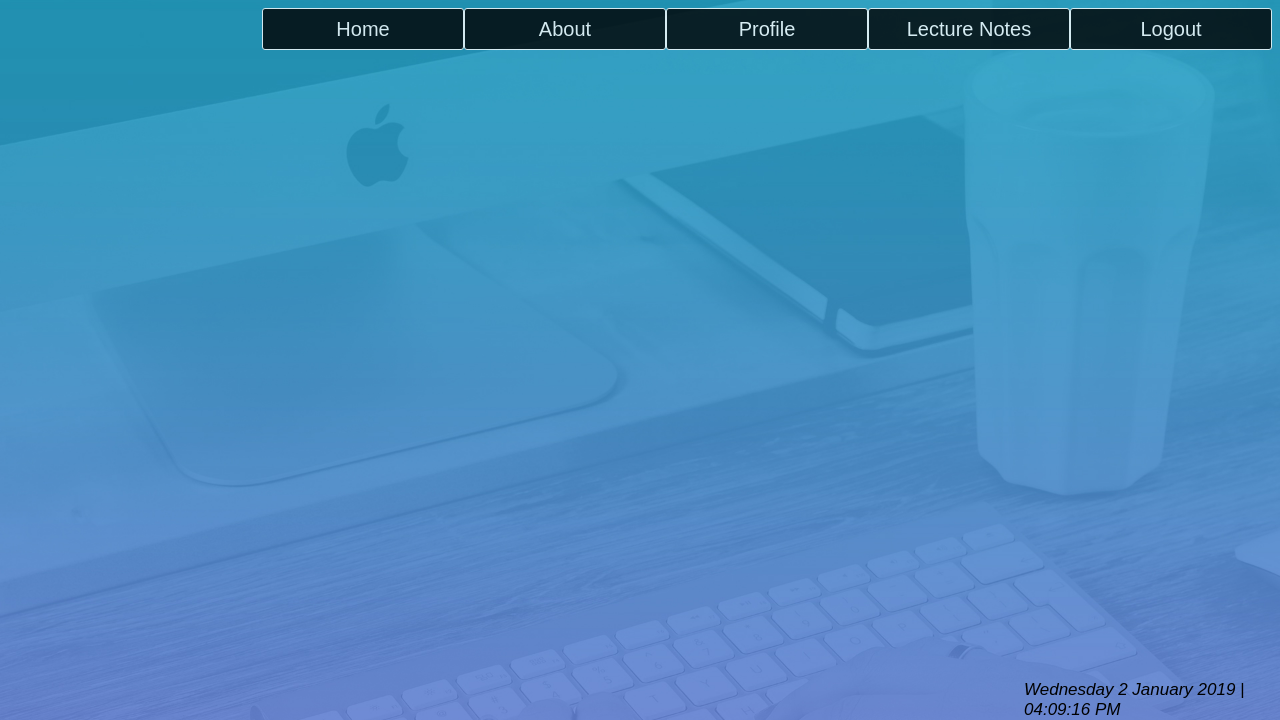
Repository: Rajendra1998/Virtual_classroom_mvc_project
Page: http://localhost/Virtual_classroom/Student_logged1.jsp
An editor plug-in stored every save of this project. The page is shown before and after the next save, followed by the edit.
The browser window is 1280 px wide. The pictures show the whole page.
The page is served by Tomcat 9.

Above is the page before, as saved 2019-01-04 20:26:18.

After the next save:
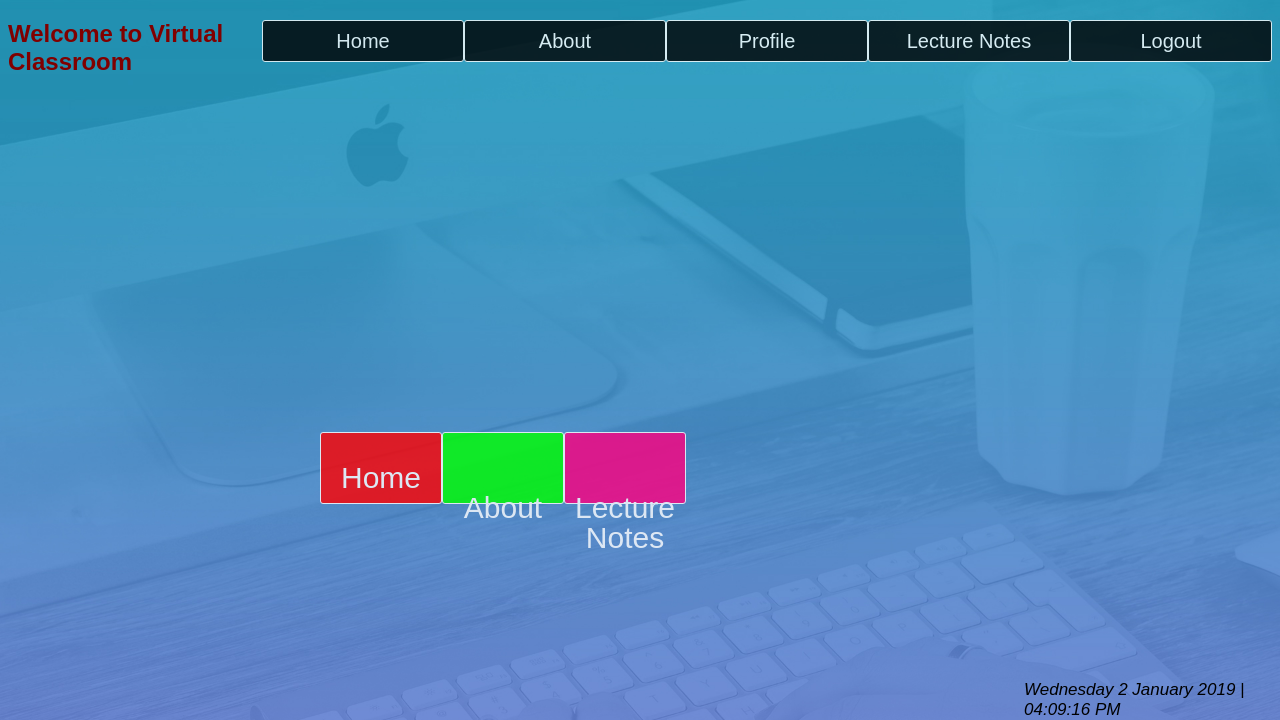
Saved 7 min 58 s later.
--- a/Virtual_classroom/WebContent/Student_logged1.jsp
+++ b/Virtual_classroom/WebContent/Student_logged1.jsp
@@ -20,6 +20,9 @@
 		position:absolute;
 		top:94.5%;
 		left:80%;
+	}
+	h2{
+		color:#800000;
 	}
 	.menu nav{
 		position:relative;
@@ -64,6 +67,45 @@
 		margin-left: 200px;
 		top:0px;
 	}
+	.menu1 nav{
+		position:absolute;
+		top:60%;
+		left:25%;
+
+	}
+	.menu1 nav ul{
+		margin: 0px;
+		padding: 0px;
+		list-style: none;
+	}
+	.menu1 nav ul li {
+		float:left;
+		width: 120px;
+		height: 70px;
+		border:1px  solid white;
+		opacity: .8;
+		line-height: 30px;
+		text-align: center;
+		font-size: 30px;
+		position:relative;
+		border-radius:3px;
+
+	}
+	.menu1 nav ul li.home{
+		background-color: red;
+	}
+	.menu1 nav ul li.about{
+		background-color: #00ff00;
+	}
+	.menu1 nav ul li.notes{
+		background-color:#ff0080;
+	}
+	.menu1 nav ul li a {
+		text-decoration: none;
+		color:white;
+		display:block;
+	}
+
 	</style>
 </head>
 <body>
@@ -112,7 +154,7 @@
 
 	</script>
 	<div class="menu">
-	<%Student currentUser=(Student)session.getAttribute("currentSessionUser");%>
+
 	<nav>
 	<ul>
 		<li><a href="Student_logged.jsp">Home</a></li>
@@ -127,5 +169,19 @@
 	</ul>
 	</nav>
 	</div>
+	<%Student currentUser=(Student)session.getAttribute("currentSessionUser");%>
+	<h2>Welcome to Virtual Classroom</h2>
+	<br>
+
+	<div class="menu1">
+		<nav>
+			<ul>
+				<li class="home"><a href="Student_logged.jsp"><i class="fa fa-home" aria-hidden="true"></i><br>Home</a></li>
+				<li class="about"><a href="#"><br><i class="fa fa-envelope-open-o" aria-hidden="true"></i></i><br>About</a></li>
+				<li class="notes"><a href="stud_view_fac"><br><i class="fa fa-book" aria-hidden="true"></i><br>Lecture Notes</a></li>
+			</ul>
+		</nav>
+	</div>
+
 </body>
 </html>
